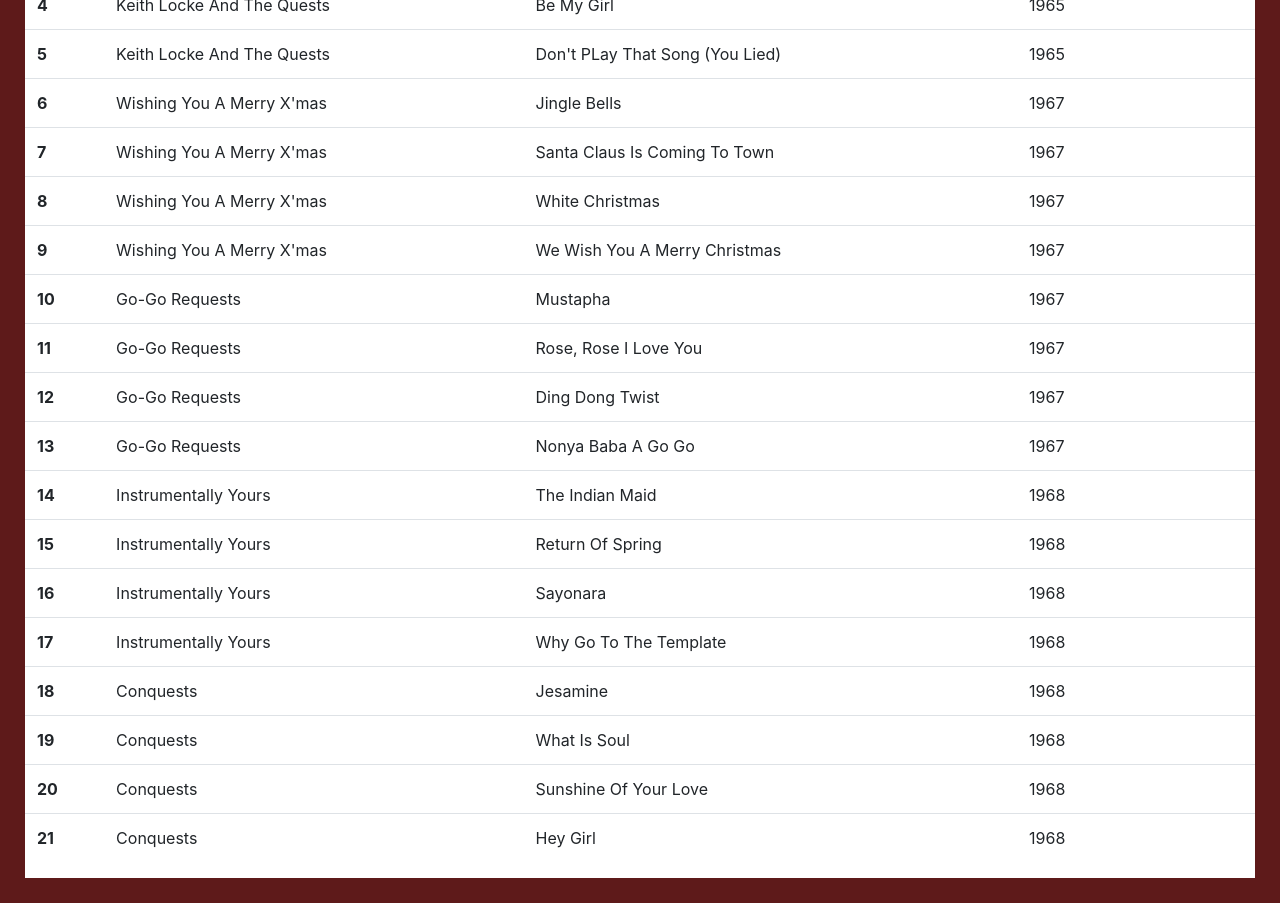
Repository: SamLookingGlass/User-Centric-Frontend-Development-Project
Page: music.html
The author's editor kept a record of every edit. The page is drawn from the files as they stood at one moment, then again after the next edit.
The browser window is 1280 px wide. The pictures show the part of the page from y = 879 to 1831 px (the page is 1782 px tall before and 1831 px after).
Some web libraries are served in a nearby version.

Above is the page before.

After the next edit:
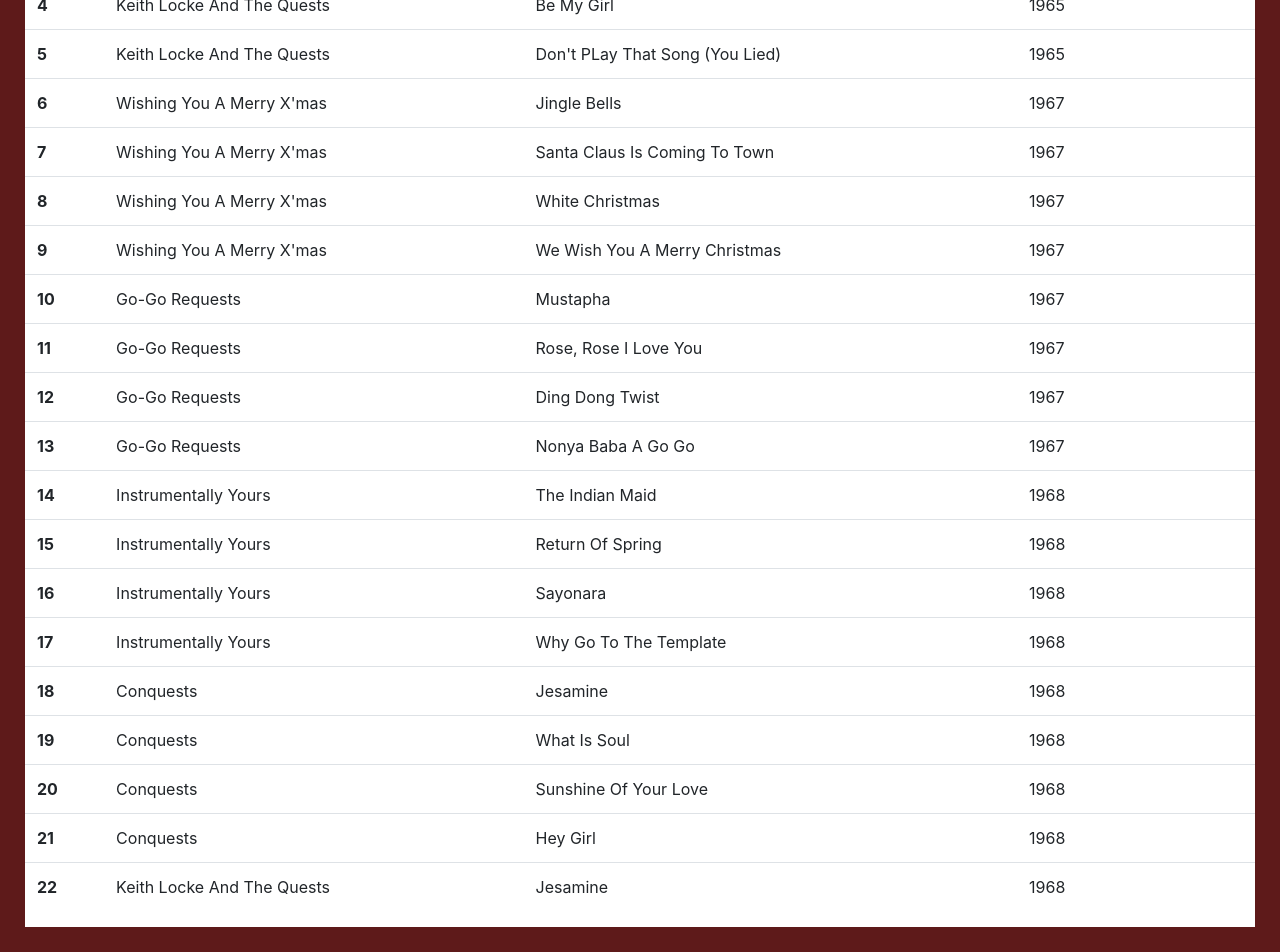
The edit:
--- a/music.html
+++ b/music.html
@@ -215,6 +215,12 @@
       <td>Hey Girl</td>
       <td>1968</td>
     </tr>
+    <tr>
+      <th scope="row">22</th>
+      <td>Keith Locke And The Quests</td>
+      <td>Jesamine</td>
+      <td>1968</td>
+    </tr>
   </tbody>
 </table>
     </section>
